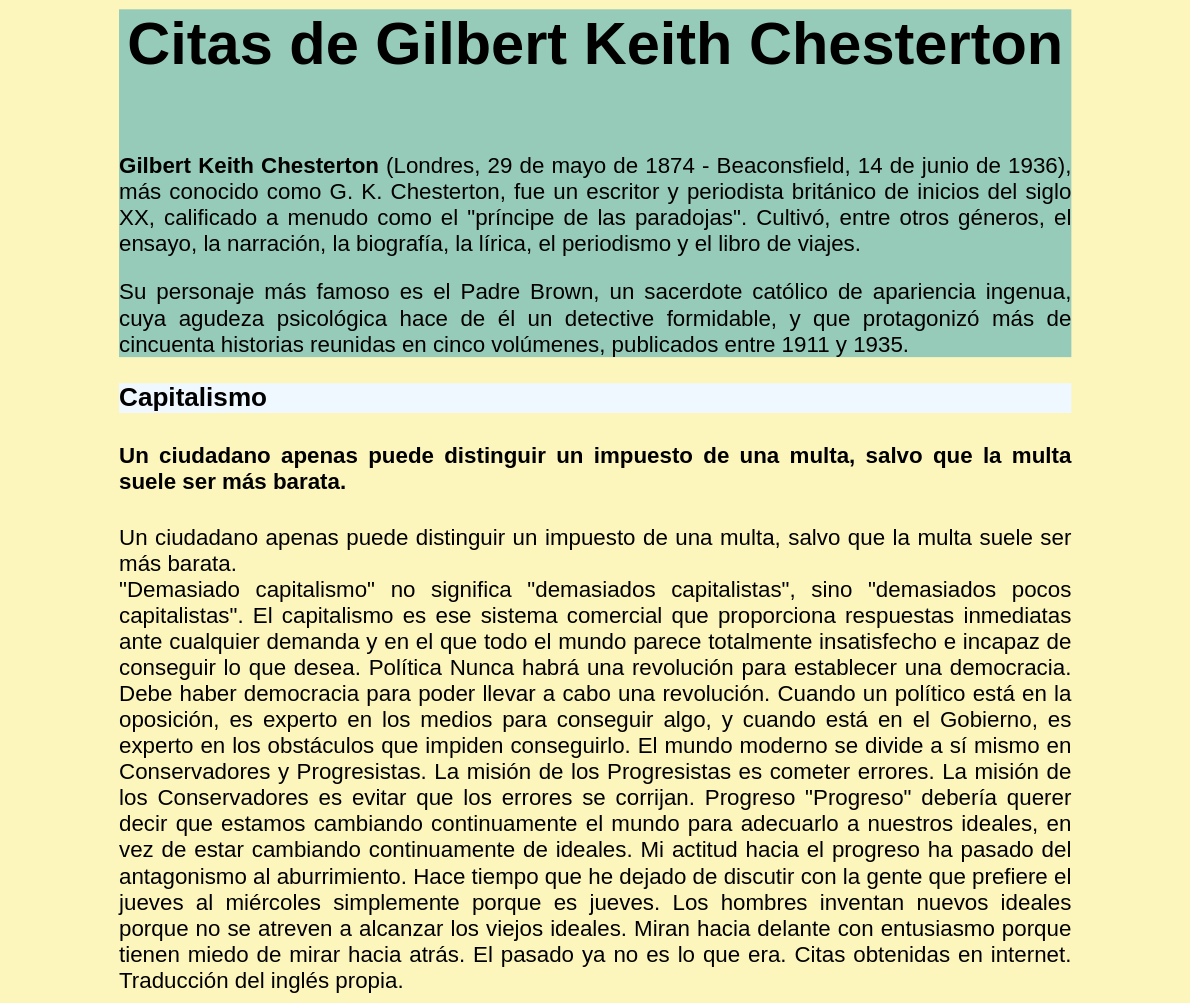
Repository: EmilyMachuca-Developer/Advanced-Programming-Projects
Page: index.html
The author's editor kept a copy of each file at every save. The page is drawn from the files as they stood at one save, then again after the next save.
The browser window is 1280 px wide. The pictures show the whole page, at 93% of full size.

Above is the page before, as saved 2024-02-26 20:27:56.

After the next save:
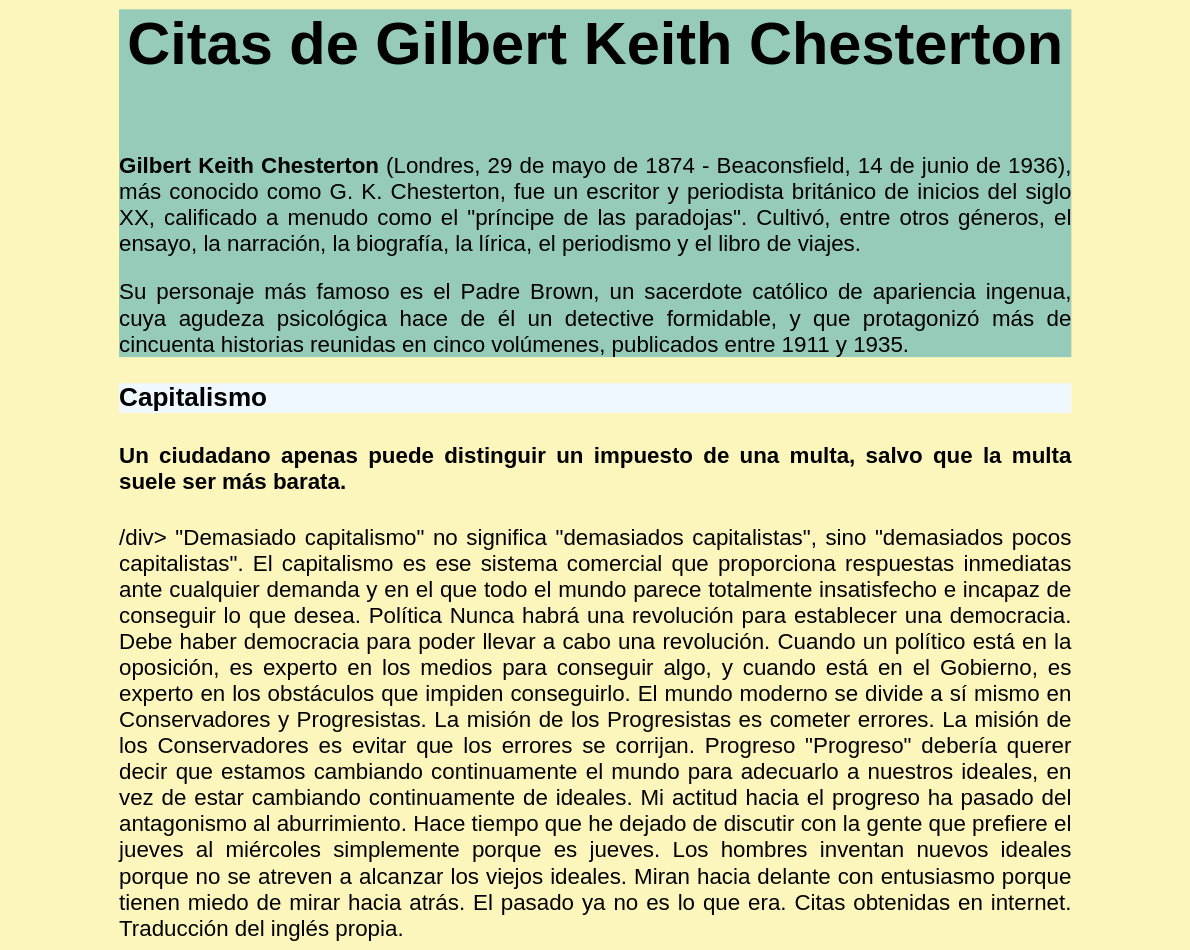
Saved 12 s later.
--- a/index.html
+++ b/index.html
@@ -14,7 +14,7 @@
 
 <div style="background-color: aliceblue;"><h3>Capitalismo</h3></div>
 
-<div><h4>Un ciudadano apenas puede distinguir un impuesto de una multa, salvo que la multa suele ser más barata.</h4>Un ciudadano apenas puede distinguir un impuesto de una multa, salvo que la multa suele ser más barata.</div>
+<div><h4>Un ciudadano apenas puede distinguir un impuesto de una multa, salvo que la multa suele ser más barata.</h4>/div>
 
 
 "Demasiado capitalismo" no significa "demasiados capitalistas", sino "demasiados pocos capitalistas".
